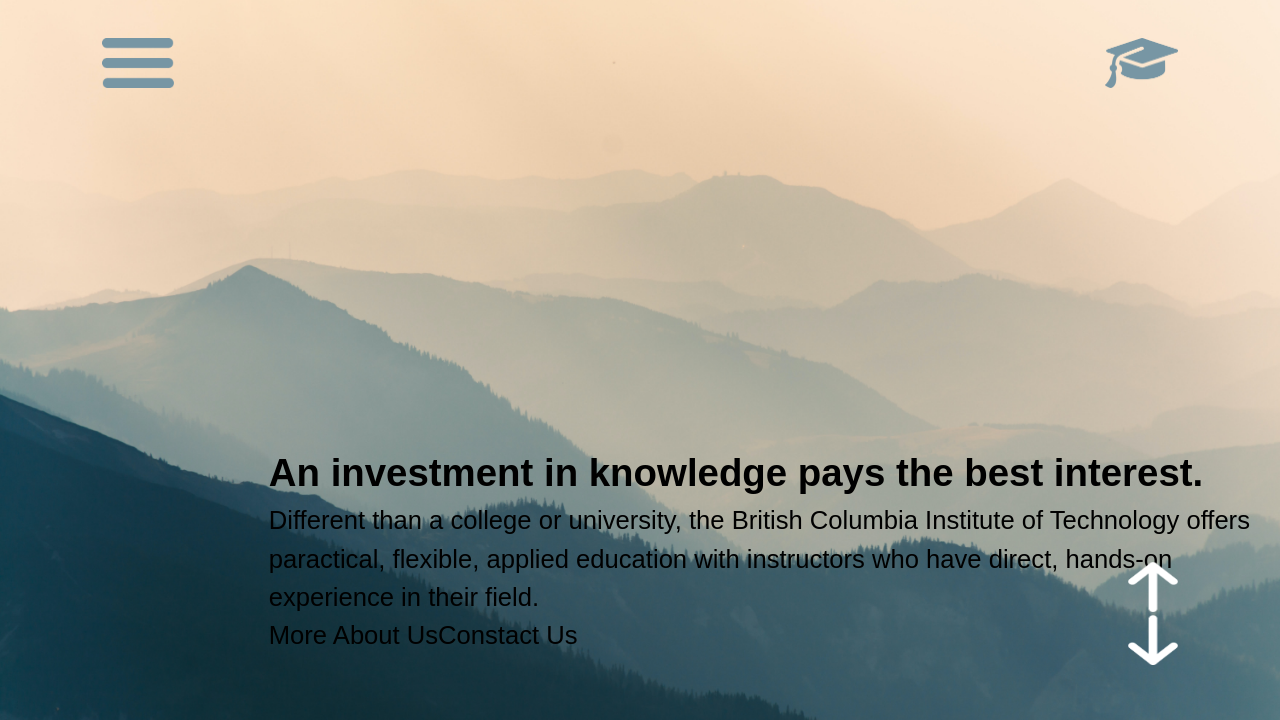
Repository: Kinakopan/playwright_bcit
Page: /
These files come from the project's save history. The page is drawn as it stood at one moment and after the next save; the edit follows.
The browser window is 1280 px wide. The pictures show the whole page.
Some web fonts or font styles are not loaded; a fallback is used. The project was rebuilt for these pictures with package versions that can differ from the ones it lists, and the page was loaded fresh each time. The framework's server and built-in components were replaced by stand-ins that run in the browser. Also part of the build but not shown: next.config.js.

Above is the page before, as saved 2023-01-28 10:40:24.

After the next save:
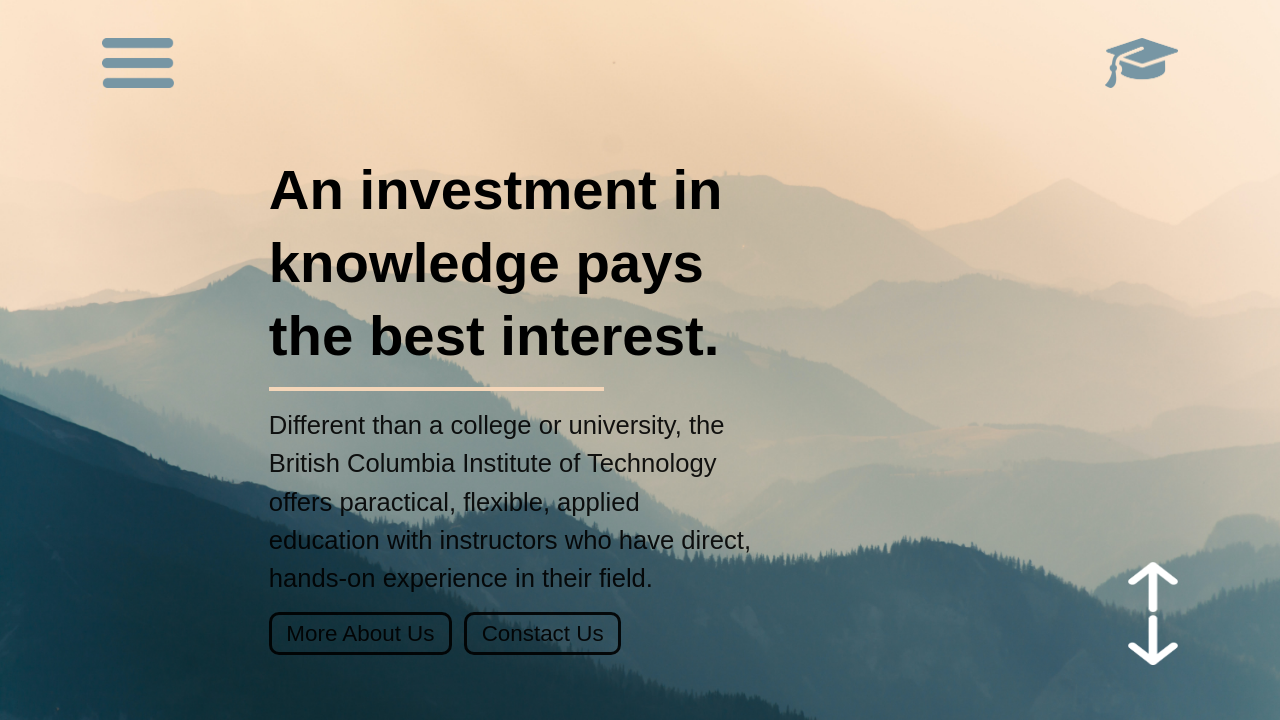
Saved 1 s later.
--- a/pages/index.js
+++ b/pages/index.js
@@ -42,14 +42,14 @@
 
           {/* Main contents under nav bar */}
           <main className={styles.main}>
-            <div className={styles.textBox}>
-              <h2 className={styles.text_heading}>
+            <div className={styles.txtBox}>
+              <h2 className={styles.txtBox_heading}>
                 An investment in knowledge pays the best interest.
               </h2>
-              <p className={styles.text_body}>
+              <p className={styles.txtBox_body}>
                 Different than a college or university, the British Columbia Institute of Technology offers paractical, flexible, applied education with instructors who have direct, hands-on experience in their field.
               </p>
-              <div className={styles.text_btnBox}>
+              <div className={styles.txtBox_btnBox}>
                 <Link
                   className={styles.btn_about}
                   href="/about">More About Us</Link>
